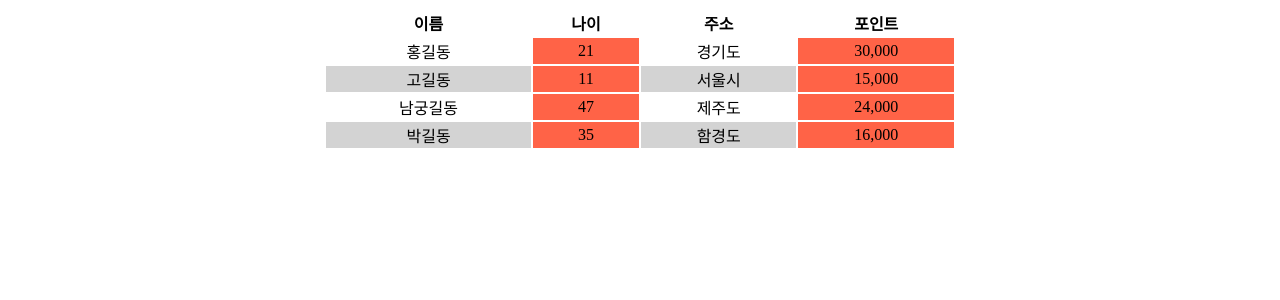
Repository: Kebiskim/2023_WebStudy
Page: 01_01_html/src/main/webapp/day03/Ex05_tableStyling.html
These files come from the project's save history. The page is drawn as it stood at one moment and after the next save; the edit follows.
The browser window is 1280 px wide. The pictures show the whole page.

Above is the page before, as saved 2023-06-21 02:06:40.

After the next save:
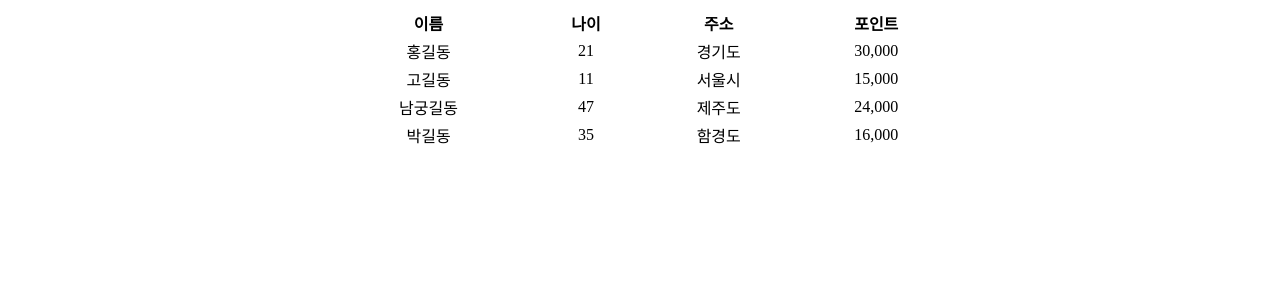
Saved 85 s later.
--- a/01_01_html/src/main/webapp/day03/Ex05_tableStyling.html
+++ b/01_01_html/src/main/webapp/day03/Ex05_tableStyling.html
@@ -10,21 +10,6 @@
 	}
 	th, td{
 		text-align: center;
-	}
-
-	/* 수평 */
-	tr:nth-child(even){
-		background-color: lightgray;
-	}
-
-	/* 수직 */
-	td:nth-child(even){
-		background-color: tomato;
-	}
-
-	/* 두번째 줄 */
-	thead tr:nth-child(2){
-		background-color: #d3ffff;
 	}
 
 </style>
